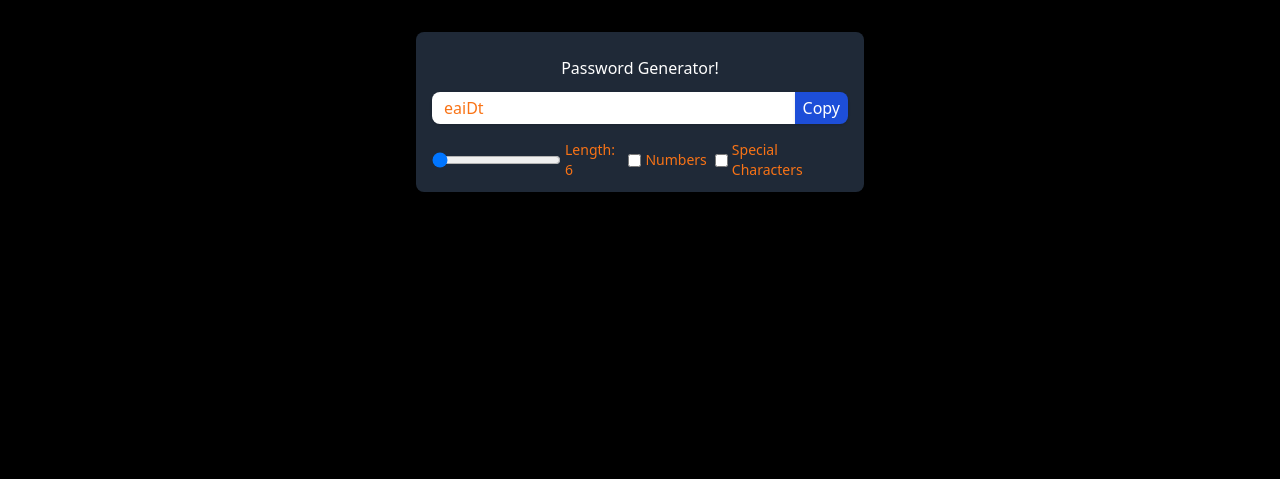
Repository: tirth2014/chai-aur-react
Page: / (app in 05_password-generator/)
The author's editor kept a copy of each file at every save. The page is drawn from the files as they stood at one save, then again after the next save.
The browser window is 1280 px wide. The pictures show the whole page.
The project was rebuilt for these pictures with package versions that can differ from the ones it lists, and the page was loaded fresh each time. Also part of the build but not shown: 05_password-generator/vite.config.js.

Above is the page before, as saved 2023-10-08 01:27:23.

### 05_password-generator/src/App.jsx
import { useCallback, useEffect, useState, useRef } from 'react'

function App() {

  const [password, setPassword] = useState('');
  const [length, setLength] = useState(6);
  const [numsAllowed, setNumsAllowed] = useState(false);
  const [spCharAllowed, setSpCharAllowed] = useState(false);

  const passwordRef = useRef(null)

  // useCallback is a React Hook that lets you cache a function definition between re-renders.
  // const cachedFn = useCallback(fn, dependencies)

  const passwordGenerator = useCallback(
    ()=> {
      let pass = ""
      let str = "ABCDEFGHIJKLMNOPQRSTUVWXYZabcdefghijklmnopqrstuvwxyz"
      if (numsAllowed) str += "0123456789"
      if (spCharAllowed) str += "!@#$%^&*-_+=[]{}~`"

      for (let i = 1; i <= length; i++) {
        const strIdx = Math.floor(Math.random() * str.length + 1);
        pass += str.charAt(strIdx);
      }

      setPassword(pass);

    } , [length,numsAllowed,spCharAllowed] )
    // } , [length,numsAllowed,spCharAllowed,setPassword] )
    // we should not include setPassword in the useCallback dependency array, because when this functional component re-renders,
    // the reference of the setPassword function would be different from the setPassword function on previous render.
    // So this would again create the function. This would totally defy the reason why we are using useCallback
    // as the function would again be created on every re-render.

    useEffect(()=> {
      passwordGenerator();
    }, [length, numsAllowed, spCharAllowed, passwordGenerator])

    const copyPassToClipboard = () => {
      passwordRef.current?.select();  // select the copied text. So, that user can know it's copied!
      // passwordRef.current?.setSelectionRange(0, 10);
      window.navigator.clipboard.writeText(password)
    }


  return (
      <div className="w-full max-w-md mx-auto shadow-md rounded-lg px-4 py-3 my-8 bg-gray-800 text-orange-500">
        <h1 className='text-white text-center my-3'>Password Generator!</h1>
        <div className='flex shadow rounded-lg overflow-hidden mb-4'>
          <input
            type="text"
            value={password}
            placeholder='password'
            readOnly
            ref = {passwordRef}
            className='outline-none w-full py-1 px-3'
          />
          <button className='outline-none shadow bg-blue-700 text-white px-2 py-1 shrink-0' onClick={copyPassToClipboard}>Copy</button>
        </div>

        <div className='flex text-sm gap-x-2'>
          <div className='flex items-center gap-x-1'>
            <input
            type="range"
            name="passLength"
            id="passLength"
            min={6}
            max={20}
            value={length}  // If value is not given then even for minLen the cursor will point at maxLen on reload
            className='cursor-pointer'
            onChange={(e) => setLength(e.currentTarget.value)}
            />
            <label htmlFor="passLength" >Length: {length}</label>
          </div>

          <div className='flex items-center gap-x-1'>
            <input
            type="checkbox"
            id='numsAllowed'
            defaultChecked={numsAllowed}
            onChange={() => setNumsAllowed((prev) => !prev)}
            />
            <label htmlFor="numsAllowed">Numbers</label>
          </div>

          <div className='flex items-center gap-x-1'>
            <input
            type="checkbox"
            id='spCharAllowed'
            onChange={() => setSpCharAllowed((prev) => !prev)}
            defaultChecked={spCharAllowed}
            />
            <label htmlFor="spCharAllowed">Special Characters</label>
          </div>

        </div>
      </div>
  )
}

export default App

Loaded but not shown: 05_password-generator/index.html (common file); 05_password-generator/src/main.jsx (common file); 05_password-generator/src/index.css (common file); 05_password-generator/tailwind.config.js (common file)

After the next save:
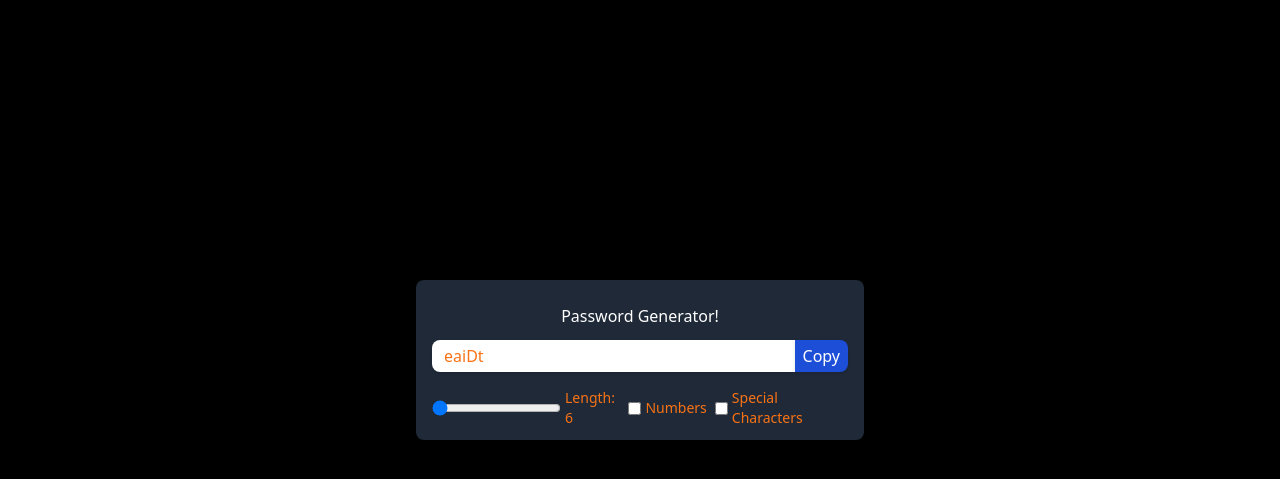
Saved 38 s later.
--- a/05_password-generator/src/App.jsx
+++ b/05_password-generator/src/App.jsx
@@ -45,6 +45,7 @@ function App() {
 
 
   return (
+    <div className='w-full h-screen flex flex-col justify-center items-center'>
       <div className="w-full max-w-md mx-auto shadow-md rounded-lg px-4 py-3 my-8 bg-gray-800 text-orange-500">
         <h1 className='text-white text-center my-3'>Password Generator!</h1>
         <div className='flex shadow rounded-lg overflow-hidden mb-4'>
@@ -96,6 +97,7 @@ function App() {
 
         </div>
       </div>
+      </div>
   )
 }
 
